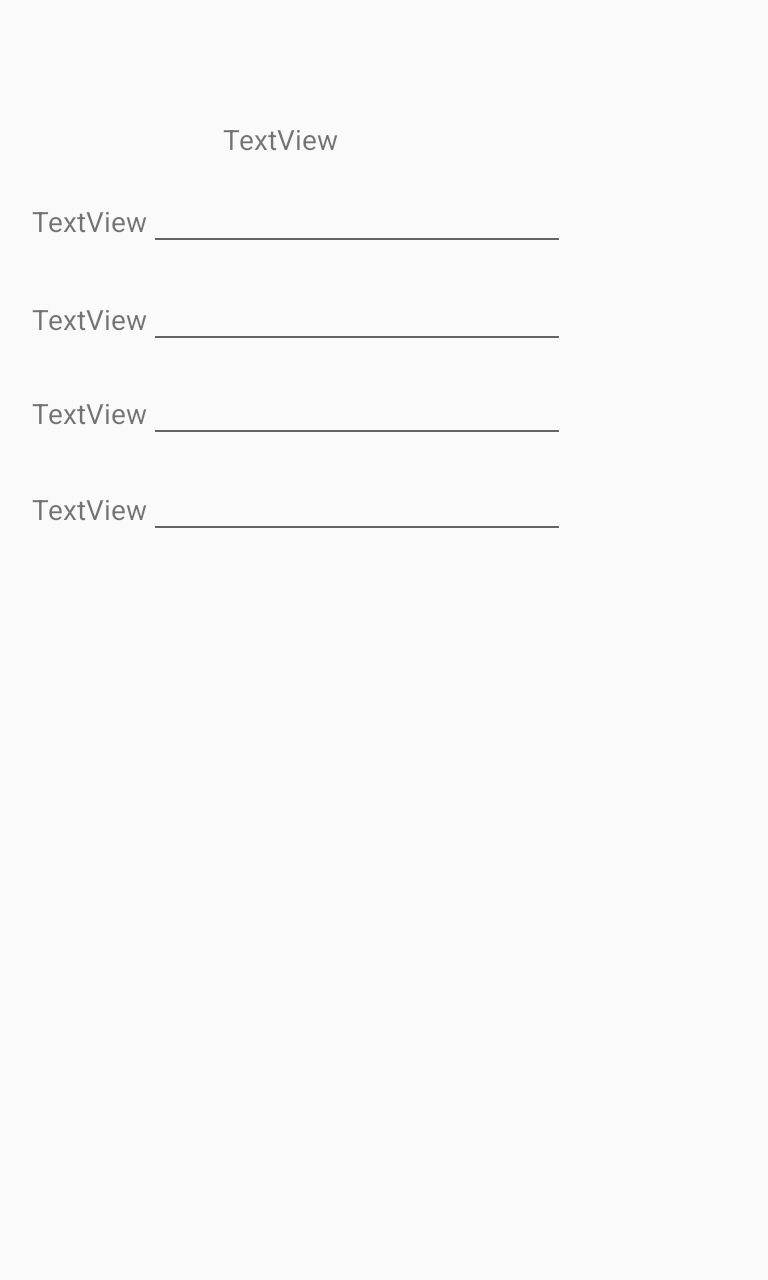
Repository: DaisyDong/AndroidPath
Layout: ScoreQurey/res/layout/activity_b.xml
An editor plug-in stored every save of this project. The layout is shown before and after the next save, followed by the edit.
It is drawn on a 768 x 1280 px phone screen (xhdpi) without system bars, with theme AppTheme; the app's code is not run.

Above is the layout before, as saved 2015-04-21 04:10:12.

After the next save:
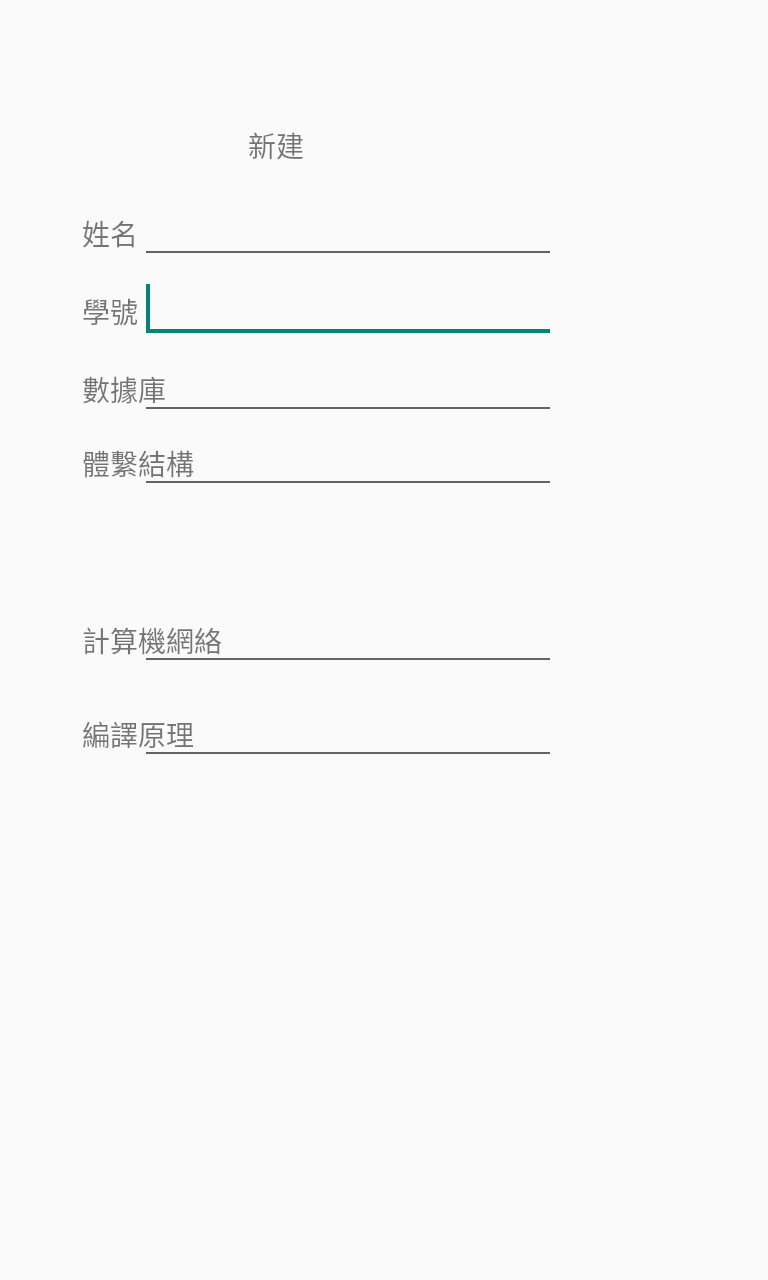
Saved 5 min 25 s later.
--- a/ScoreQurey/res/layout/activity_b.xml
+++ b/ScoreQurey/res/layout/activity_b.xml
@@ -9,13 +9,33 @@
     tools:context="com.example.launchmodule.BActivity" >
 
     <TextView
+        android:id="@+id/textView1"
+        android:layout_width="wrap_content"
+        android:layout_height="wrap_content"
+        android:layout_alignParentLeft="true"
+        android:layout_alignParentTop="true"
+        android:layout_marginLeft="108dp"
+        android:layout_marginTop="46dp"
+        android:text="新建" />
+
+    <TextView
+        android:id="@+id/textView2"
+        android:layout_width="wrap_content"
+        android:layout_height="wrap_content"
+        android:layout_alignParentLeft="true"
+        android:layout_below="@+id/textView1"
+        android:layout_marginLeft="25dp"
+        android:layout_marginTop="23dp"
+        android:text="姓名" />
+
+    <TextView
         android:id="@+id/textView3"
         android:layout_width="wrap_content"
         android:layout_height="wrap_content"
-        android:layout_alignLeft="@+id/textView1"
-        android:layout_below="@+id/textView1"
-        android:layout_marginTop="30dp"
-        android:text="TextView" />
+        android:layout_alignRight="@+id/textView2"
+        android:layout_below="@+id/textView2"
+        android:layout_marginTop="18dp"
+        android:text="學號" />
 
     <TextView
         android:id="@+id/textView4"
@@ -23,45 +43,43 @@
         android:layout_height="wrap_content"
         android:layout_alignLeft="@+id/textView3"
         android:layout_below="@+id/textView3"
-        android:layout_marginTop="28dp"
-        android:text="TextView" />
+        android:layout_marginTop="18dp"
+        android:text="數據庫" />
 
     <TextView
         android:id="@+id/textView5"
         android:layout_width="wrap_content"
         android:layout_height="wrap_content"
-        android:layout_alignRight="@+id/textView4"
+        android:layout_alignLeft="@+id/textView4"
         android:layout_below="@+id/textView4"
-        android:layout_marginTop="29dp"
-        android:text="TextView" />
+        android:layout_marginTop="16dp"
+        android:text="體繫結構" />
+
+    <TextView
+        android:id="@+id/textView7"
+        android:layout_width="wrap_content"
+        android:layout_height="wrap_content"
+        android:layout_alignLeft="@+id/textView6"
+        android:layout_below="@+id/textView6"
+        android:layout_marginTop="26dp"
+        android:text="編譯原理" />
+
+    <TextView
+        android:id="@+id/textView6"
+        android:layout_width="wrap_content"
+        android:layout_height="wrap_content"
+        android:layout_alignLeft="@+id/textView5"
+        android:layout_centerVertical="true"
+        android:text="計算機網絡" />
 
     <EditText
         android:id="@+id/editText1"
         android:layout_width="wrap_content"
         android:layout_height="wrap_content"
-        android:layout_alignBaseline="@+id/textView1"
-        android:layout_alignBottom="@+id/textView1"
-        android:layout_toRightOf="@+id/textView1"
+        android:layout_alignBaseline="@+id/textView2"
+        android:layout_alignBottom="@+id/textView2"
+        android:layout_toRightOf="@+id/textView2"
         android:ems="10" />
-
-    <TextView
-        android:id="@+id/textView1"
-        android:layout_width="wrap_content"
-        android:layout_height="wrap_content"
-        android:layout_alignParentLeft="true"
-        android:layout_below="@+id/textView2"
-        android:layout_marginTop="22dp"
-        android:text="TextView" />
-
-    <TextView
-        android:id="@+id/textView2"
-        android:layout_width="wrap_content"
-        android:layout_height="wrap_content"
-        android:layout_alignLeft="@+id/editText1"
-        android:layout_alignParentTop="true"
-        android:layout_marginLeft="38dp"
-        android:layout_marginTop="44dp"
-        android:text="TextView" />
 
     <EditText
         android:id="@+id/editText2"
@@ -70,7 +88,10 @@
         android:layout_alignBaseline="@+id/textView3"
         android:layout_alignBottom="@+id/textView3"
         android:layout_alignLeft="@+id/editText1"
-        android:ems="10" />
+        android:ems="10" >
+
+        <requestFocus />
+    </EditText>
 
     <EditText
         android:id="@+id/editText3"
@@ -78,7 +99,7 @@
         android:layout_height="wrap_content"
         android:layout_alignBaseline="@+id/textView4"
         android:layout_alignBottom="@+id/textView4"
-        android:layout_toRightOf="@+id/textView4"
+        android:layout_alignLeft="@+id/editText2"
         android:ems="10" />
 
     <EditText
@@ -90,4 +111,22 @@
         android:layout_alignLeft="@+id/editText3"
         android:ems="10" />
 
+    <EditText
+        android:id="@+id/editText5"
+        android:layout_width="wrap_content"
+        android:layout_height="wrap_content"
+        android:layout_alignBaseline="@+id/textView6"
+        android:layout_alignBottom="@+id/textView6"
+        android:layout_alignLeft="@+id/editText4"
+        android:ems="10" />
+
+    <EditText
+        android:id="@+id/editText6"
+        android:layout_width="wrap_content"
+        android:layout_height="wrap_content"
+        android:layout_alignBaseline="@+id/textView7"
+        android:layout_alignBottom="@+id/textView7"
+        android:layout_alignLeft="@+id/editText5"
+        android:ems="10" />
+
 </RelativeLayout>
